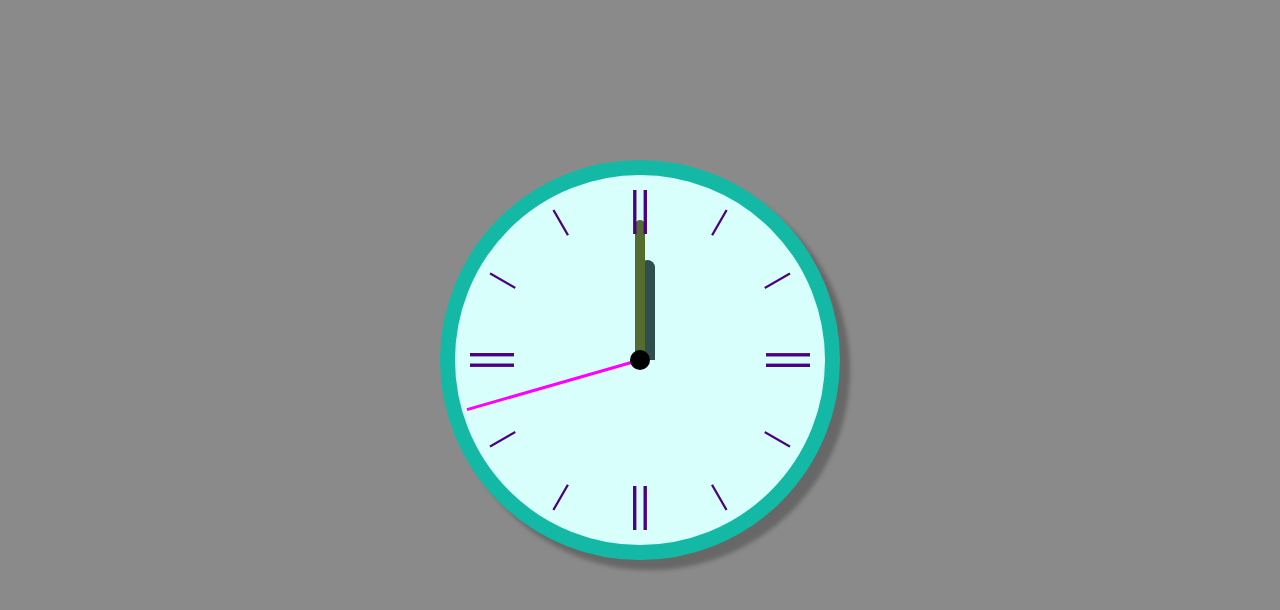
Repository: ChenWarren/web-clock
Page: index.html
The author's editor kept a copy of each file at every save. The page is drawn from the files as they stood at one save, then again after the next save.
The browser window is 1280 px wide. The pictures show the whole page.

Above is the page before, as saved 2021-03-19 10:01:37.

After the next save:
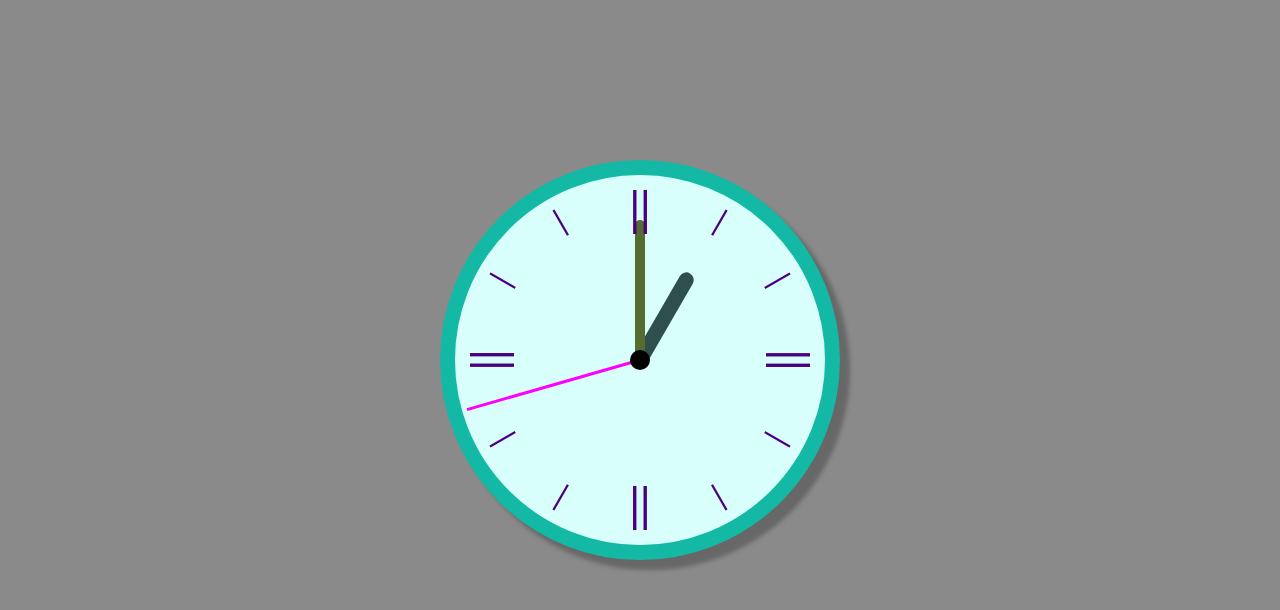
Saved 8 s later.
--- a/clock.js
+++ b/clock.js
@@ -16,4 +16,4 @@
     console.log(hour)
 }
 
-setClock()
+// setClock()

After the save that followed:
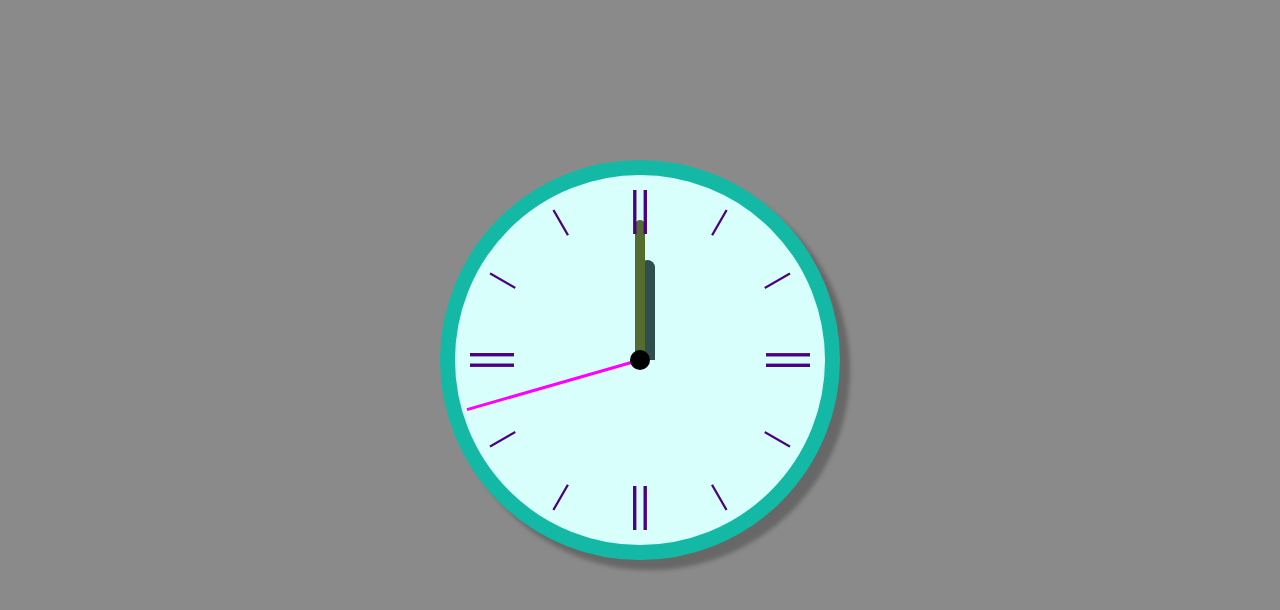
Saved 18 s later.
--- a/clock.js
+++ b/clock.js
@@ -16,4 +16,4 @@
     console.log(hour)
 }
 
-// setClock()
+setClock()
